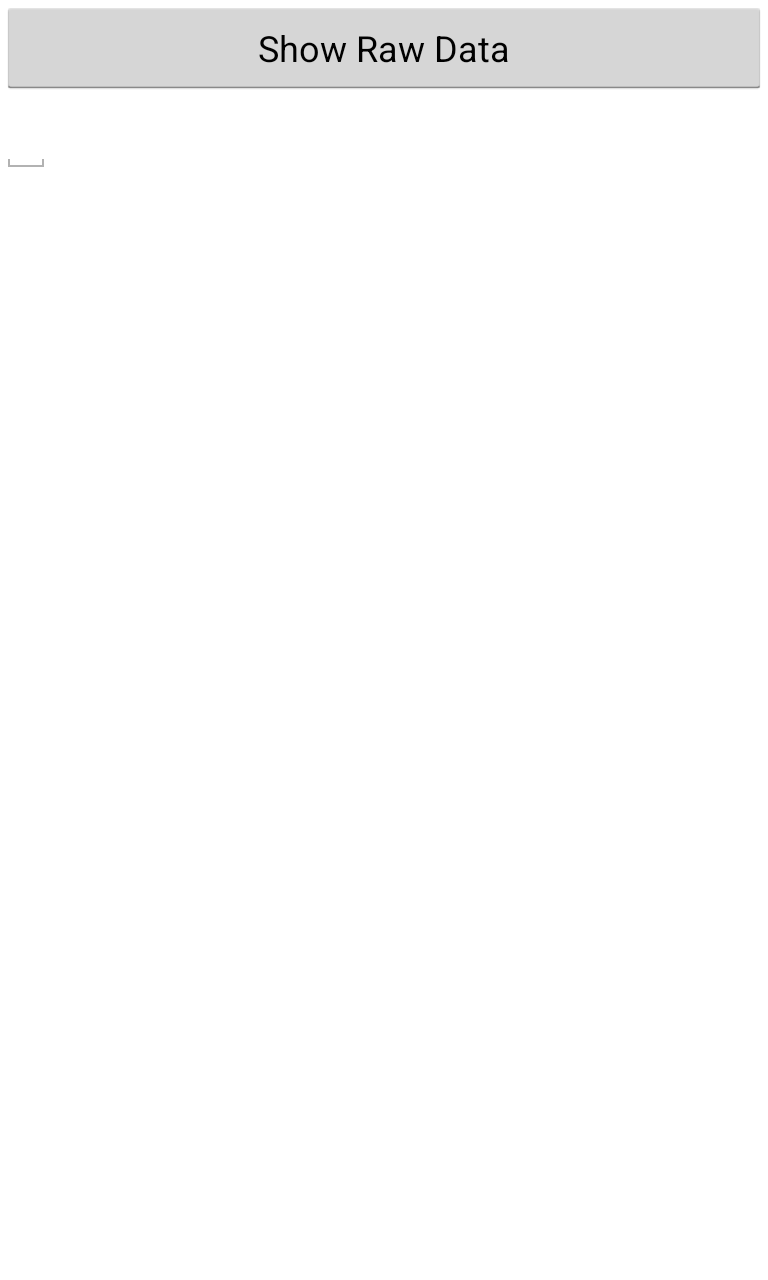
Repository: jemcphe/java1
Layout: teamG.M./TeamGM/res/layout/applayout.xml
An editor plug-in stored every save of this project. The layout is shown before and after the next save, followed by the edit.
It is drawn on a 768 x 1280 px phone screen (xhdpi) without system bars, with theme AppTheme; the app's code is not run.

Above is the layout before, as saved 2013-05-26 23:55:51.

After the next save:
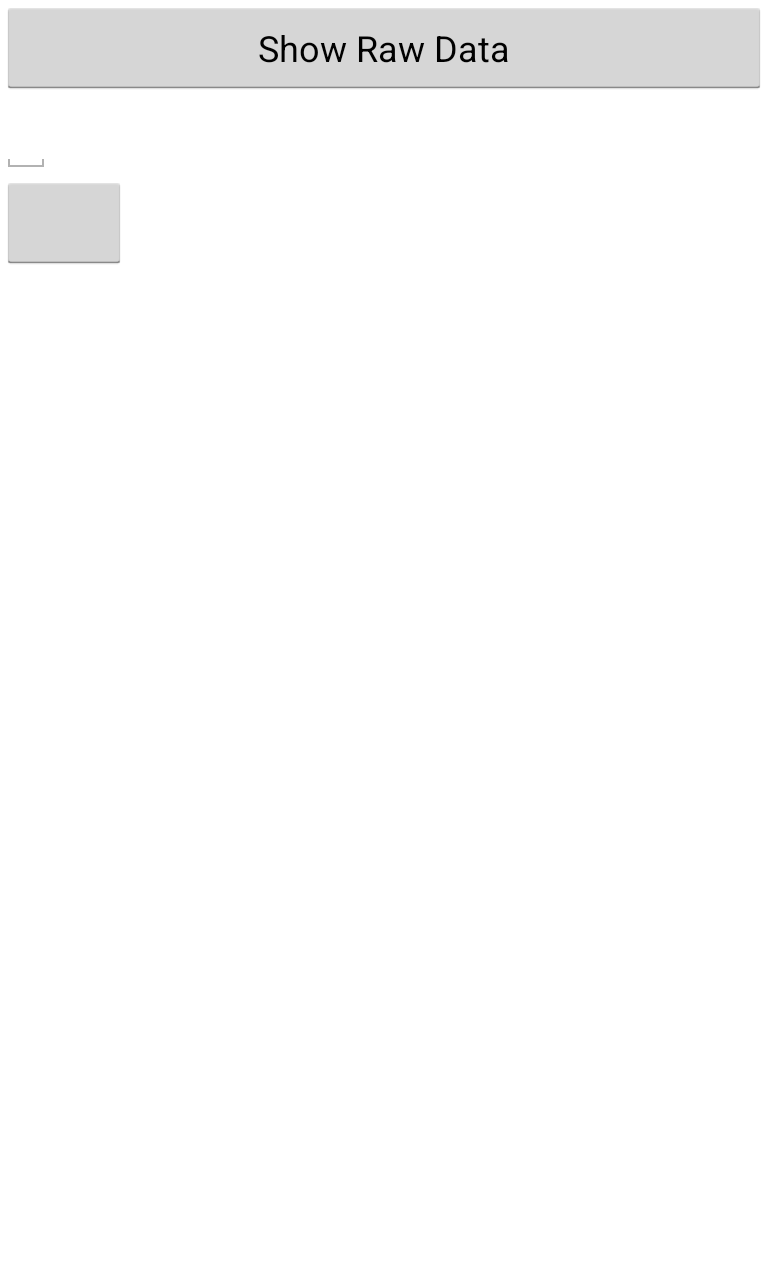
Saved 93 s later.
--- a/teamG.M./TeamGM/res/layout/applayout.xml
+++ b/teamG.M./TeamGM/res/layout/applayout.xml
@@ -15,5 +15,9 @@
 	    android:layout_width="wrap_content"
 	    android:layout_weight="0"
 	    android:layout_height="wrap_content"/>
+	<Button
+	    android:id="@+id/searchButton"
+	    android:layout_width="wrap_content"
+	    android:layout_height="wrap_content"/>
 
 </LinearLayout>

After the save that followed:
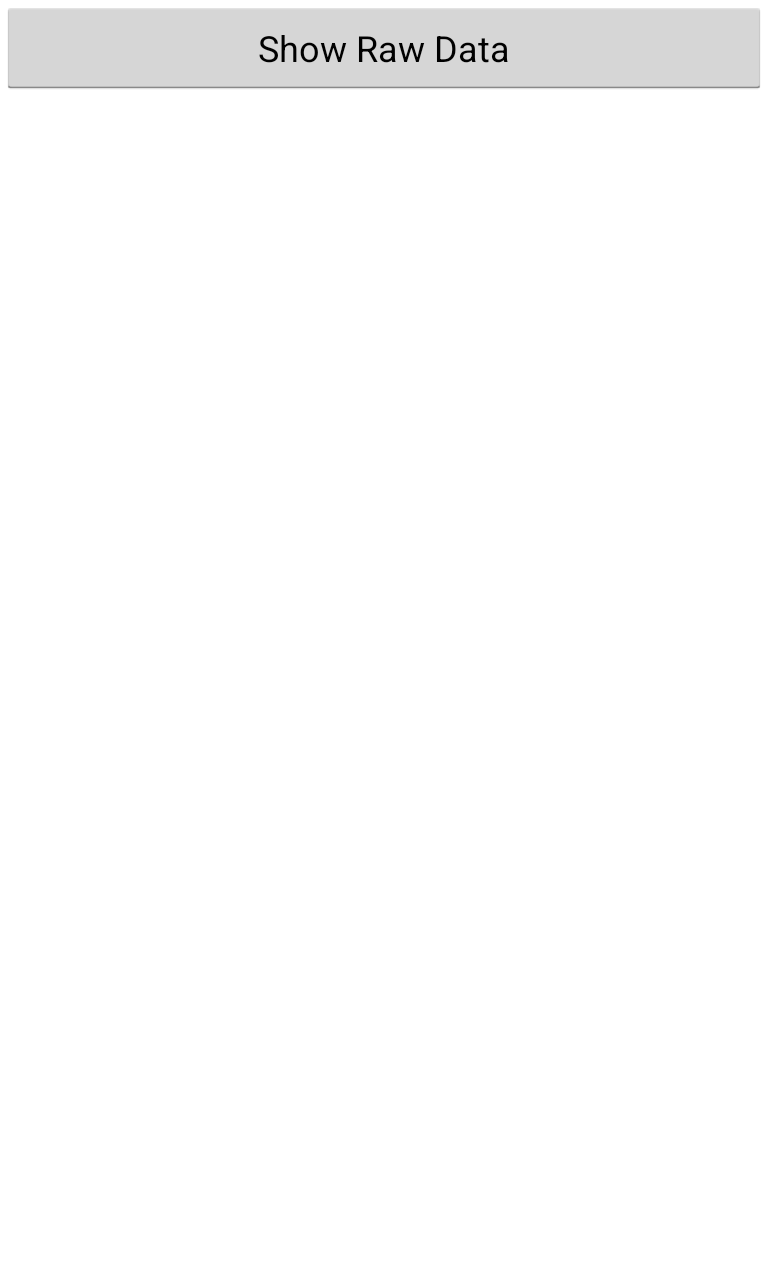
Saved 2 min 28 s later.
--- a/teamG.M./TeamGM/res/layout/applayout.xml
+++ b/teamG.M./TeamGM/res/layout/applayout.xml
@@ -9,15 +9,10 @@
         android:layout_width="match_parent"
         android:layout_height="wrap_content"
         android:text="@string/show_raw_data" />
-	<EditText
-	    android:id="@+id/searchField"
-	    android:orientation="horizontal"
-	    android:layout_width="wrap_content"
-	    android:layout_weight="0"
-	    android:layout_height="wrap_content"/>
-	<Button
-	    android:id="@+id/searchButton"
-	    android:layout_width="wrap_content"
-	    android:layout_height="wrap_content"/>
+    <LinearLayout
+        android:id="@+id/searchLayout"
+        android:layout_width="fill_parent"
+        android:layout_height="wrap_content"
+        android:orientation="horizontal"></LinearLayout>
 
 </LinearLayout>
